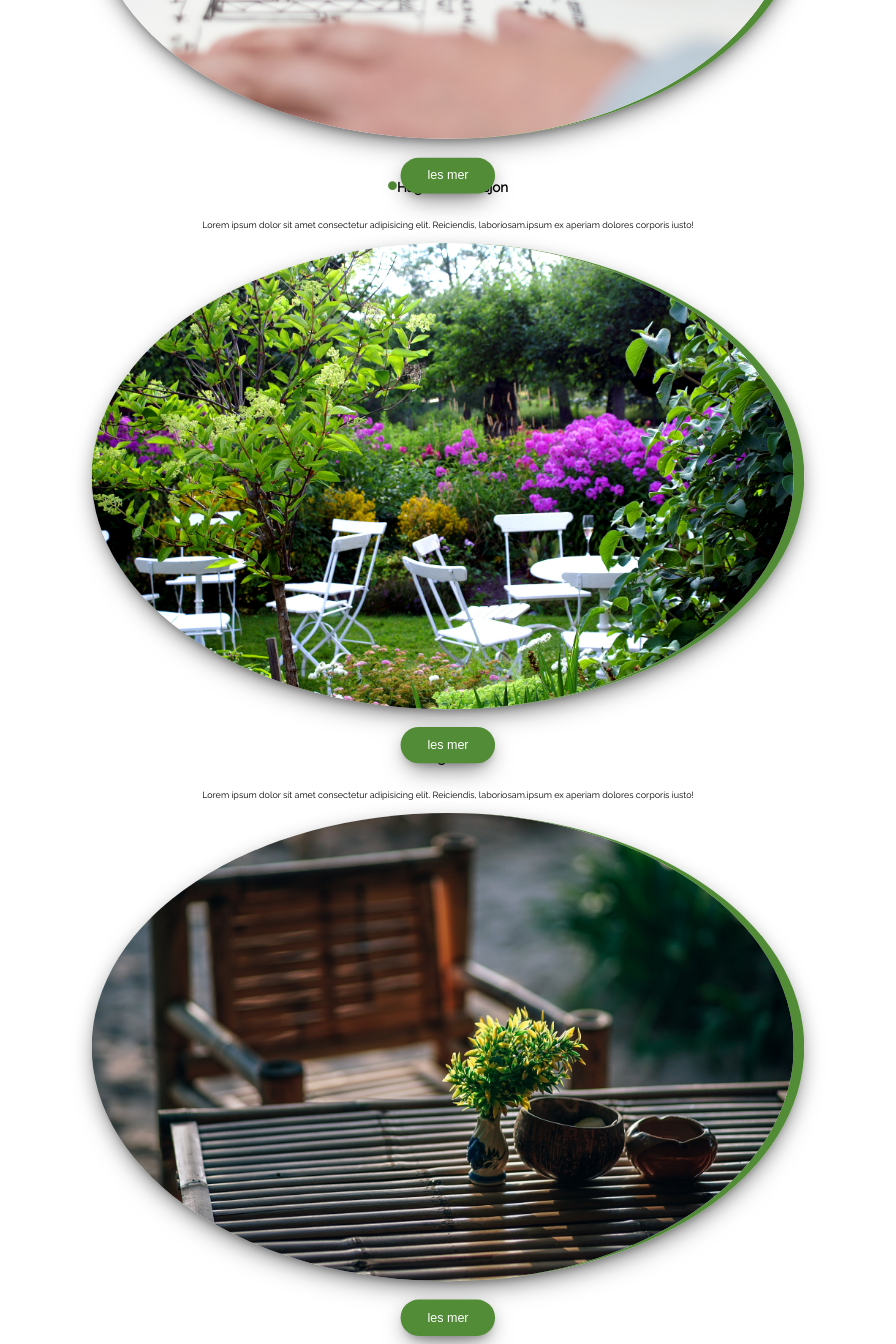
Repository: marinazzz/garden-design-website
Page: Garden design website/index.html
The author's editor kept a copy of each file at every save. The page is drawn from the files as they stood at one save, then again after the next save.
The browser window is 1280 px wide. The pictures show the part of the page from y = 1606 to 3526 px (the page is 3749 px tall before and 3727 px after), at 70% of full size.

Above is the page before, as saved 2020-04-01 10:02:43.

### Garden design website/index.html
<!DOCTYPE html>
<html lang="nb">
<head>
    <title>Hagedesign Oslo</title>
    <link rel="stylesheet" type="text/css" href="CSS/fontawesome-free-5.12.1-web/css/all.min.css">
    <link rel="stylesheet" type="text/css" href="CSS/style.css"/>
    <link rel="stylesheet" type="text/css" href="CSS/min-width-768px.css">
    <link rel="stylesheet" type="text/css" href="CSS/min-width-992px.css">
    <link rel="stylesheet" href="https://cdnjs.cloudflare.com/ajax/libs/animate.css/3.7.2/animate.min.css">
    <link rel="stylesheet" type="text/css" href="PLUGINS/glide-master/dist/css/glide.core.min.css" />
    <link rel="stylesheet" type="text/css" href="PLUGINS/glide-master/dist/css/glide.theme.min.css" />
    <link href="https://fonts.googleapis.com/css?family=Raleway&display=swap" rel="stylesheet">
    <meta name="viewport" content="width=device-width, initial-scale=1" charset="UTF-8">
</head>
<body>
    <header class="header--white-green">
        <div class="wrapper">
        <div class="container__menu--small container__menu"> <!--grid container-->
            <div class="container__logo"> <!--1.column-->
                <img class="logo"src="images/prohage black.png" alt="Prohage logo">
            </div>
            <div class="container__items--small container__items"> <!--2.column-->
                <div class="container__item"> <!--1.row-->
                     <a href="mailto:info@prohage.no"
                         class ="container__item-txt"><i class="far fa-envelope"></i>info@prohage.no</a>
                     <a href="tlf:45511111"
                         class="container__item-txt"><i class="fas fa-phone"></i>45511111</a>
                </div>
               <div class="container__item-bottom"> <!--2.row-->
                   <button class="menu__toggle">
                       <i class="fas fa-bars"></i>
                   </button>
                   <nav id="menu">
                        <ul class="menu__list">
                            <li class="menu__item">
                                <a class="menu__link" href="home">Home</a>
                            </li>
                            <li class="menu__item">
                                <a class="menu__link" href="#services">Våre tjenester</a>
                            </li>
                            <li class="menu__item">
                                <a class="menu__link" href="#gallery">Galleri</a>
                            </li>
                            <li class="menu__item">
                                <a class="menu__link" href="#about">Om oss</a>
                            </li>
                            <li class="menu__item">
                                <a class="menu__link" href="#blog">Blogg</a>
                            </li>
                            <li class="menu__item">
                                <a class="menu__link" href="kontakt">Kontakt</a>
                            </li>
                       </ul>
                   </nav>
               </div>
            </div>
            </div>
        </div>
        <section id="main-photo">
            <div class="glide">
                <div class="glide__track"
                     data-glide-el="track">
                    <ul class="glide__slides">
                        <li class="glide__slide">
                            <img class="main-photo__item"
                                 srcset="images/daylight-environment-garden-2000.jpg 2000w,
                                         images/daylight-environment-garden-1000.jpg 1000w"
                                 sizes="(min-width: 1440px) 2000px, 100vw"
                                 src="images/daylight-environment-garden-2000.jpg" alt="Garden and plants" />
                                 <h1 class="main-photo__title">Profesjonell hagehjelp</h1>
                        </li>
                        <li class="glide__slide">
                            <img class="main-photo__item"
                                 srcset="images/main-header-photo-2000.jpg 2000w,
                                          images/main-header-photo-1000.jpg 1000w"
                                 sizes="(min-width: 1440px) 2000px, 100vw"
                                 src="images/main-header-photo-2000.jpg" alt="Garden and plants" />
                                 <h1 class="main-photo__title">Ta kontakt allerede idag</h1>
                                </li>
                        <li class="glide__slide">
                            <img class="main-photo__item"
                                 srcset="images/header-photo-2000.jpg 2000w,
                                         images/header-photo-1000.jpg 1000w"
                                 sizes="(min-width: 1440px) 2000px, 100vw"
                                 src="images/header-photo-2000.jpg" alt="Garden designed by proffesional" />
                                 <h1 class="main-photo__title">Rådgiving og tipser</h1>
                        </li>
                        <li class="glide__slide">
                            <img class="main-photo__item"
                                 srcset="images/bloom-blooming-blur-2000.jpg 2000w,
                                         images/bloom-blooming-blur-1000.jpg 1000w"
                                 sizes="(min-width: 1440px) 2000px, 100vw"
                                 src="images/bloom-blooming-blur-2000.jpg" alt="Garden designed by proffesional" />
                                 <h1 class="main-photo__title">Følg vår hageblogg</h1>
                        </li>
                    </ul>
                </div>
                <!--<div class="glide__arrows"
                         data-glide-el="controls">
                        <button class="glide__arrow glide__arrow--left"
                                data-glide-dir="<">
                            <i class="fas fa-chevron-circle-left"></i>
                        </button>
                        <button class="glide__arrow glide__arrow--right"
                                data-glide-dir=">">
                            <i class="fas fa-chevron-circle-right"></i>
                        </button>
                    </div>-->
            </div>

            <!--<img class="main-photo__item1"
                 srcset="images/architecture-clouds-daylight-2000.jpg 2000w,
                         images/architecture-clouds-daylight-1000.jpg 1000w"
                 sizes="(min-width: 1440px) 2000px, 100vw"
                 src="images/architecture-clouds-daylight-2000.jpg" alt="Garden">
            <img class="main-photo__item2"
                 srcset="images/header-photo-2000.jpg 2000w,
                         images/header-photo-1000.jpg 1000w"
                 sizes="(min-width: 1440px) 2000px, 100vw"
                 src="images/header-photo-2000.jpg" alt="Garden designed by proffesional" >
            <img class="main-photo__item3"
                 srcset="images/main-header-photo-2000.jpg 2000w,
                         images/main-header-photo-1000.jpg 1000w"
                 sizes="(min-width: 1440px) 2000px, 100vw"
                 src="images/main-header-photo-2000.jpg" alt="Garden and plants" >
            <h1 class="main-photo__title">Profesjonell hagehjelp</h1>-->
        </section>
     </header>
     <main>
         <section id="services" class="section--white-green section__container">
            <h1 class="services__title">Tjenester</h1>
            <div class="services__wrapp">
            <section class="services-item">
                <div class="item-title__wrapp">
                    <i class="fas fa-circle"></i>
                    <h2 class="services__item-title">Hagedesign</h2>
                </div>
                <p class="services-txt">Lorem ipsum dolor sit amet consectetur adipisicing elit. Reiciendis, laboriosam.ipsum ex aperiam dolores corporis iusto!</p>
                <div class="position-button">
                     <img class="services-photo" src="images/person-holding-black-pen-1109541.jpg" alt="Hagedesigner tegner">
                     <button class="services-toggle">les mer</button>
                </div>
            </section>
            <section class="services-item services-item--padding">
                <div class="item-title__wrapp">
                    <i class="fas fa-circle"></i>
                    <h2 class="services-item-title">Hagekonsultasjon</h2>
                </div>
                <p class="services-txt">Lorem ipsum dolor sit amet consectetur adipisicing elit. Reiciendis, laboriosam.ipsum ex aperiam dolores corporis iusto!</p>
                <div class="position-button">
                    <img class="services-photo" src="images/colorful-garden-1226667-1919x1272.jpg" alt="Hagekonsultasjon med hagedesigner"> <!--smaller picture than other 2-->
                    <button class="services-toggle">les mer</button>
                </div>
            </section>
            <section class="services-item services-item--padding">
                <div class="item-title__wrapp">
                    <i class="fas fa-circle"></i>
                    <h2 class="services-item-title">Hageskise</h2>
                </div>
                <p class="services-txt">Lorem ipsum dolor sit amet consectetur adipisicing elit. Reiciendis, laboriosam.ipsum ex aperiam dolores corporis iusto!</p>
                <div class="position-button">
                    <img class="services-photo" src="images/selective-focus-photography-of-green-leafed-plant-on-table-1424464.jpg" alt="Hagedesigner hjelp">
                    <button class="services-toggle">les mer</button>
                </div>
            </section>
            </div>
         </section>
         <section id="gallery">

        </section>
         <article id="blog-posts">

         </article>
         <section id="about oss">

        </section>
     </main>
     <footer>
	     <p>designed by Marina Zujic
		     <a href="https://github.com/marinazzz">github.com/marinazzz</a>
	     </p>
     </footer>
     <script src="PLUGINS/glide-master/dist/glide.min.js"></script>
     <script>
        new Glide('.glide', {
            type: 'carousel',
            autoplay: true,
            hoverpause: false,
            perView: 1,
            animationDuration: 10000
        }).mount()
      </script>
     <script src="JS/js-app.js"></script>
</body>
</html>

### Garden design website/CSS/style.css
html {
  font-size: 62.5%;
}

body {
  margin: 0;
  padding: 0;
  text-align: center;
  box-sizing: border-box;
  font-family: 'Raleway', sans-serif;
}

       /*__ HEADER__ */

/*color styles*/
.header--white-green {
  --header-bg-color: #528C36;
  --header-link-color: black;
  --header-menu-link: #fff;
  --header-toggle-color: #528C36;
}

/*main style*/
.container__menu--small {
  display: flex;
  justify-content: space-around;
  box-shadow: 0 0 2rem 0 rgba(0, 0, 0, 0.24), 0 0 30rem 0 rgba(0, 0, 0, 0.2);
}

.logo {
  max-height: 8rem;
  background: white;
}

.container__items--small {
  display: grid;
  grid-template-rows: 1fr 1fr;
  align-content: flex-end;
  width: 250px;
}

.container__item {
  align-self: center;
}

.container__item,
.container__item-bottom {
  text-align: end;
}

.container__item-txt {
  color: var(--header-link-color);
  text-decoration: none;
  font-size: 1.2rem;
}

.container__item > a:first-of-type {
  padding-right: 1.6rem;
}

.container__item-bottom > nav {
  text-align: center;
}

.menu__toggle {
  color: var(--header-bg-color);
  box-sizing: border-box;
  border: none;
  background-color: transparent;
  outline: none;
  font-size: 3rem;
  line-height: 0;
  padding: 0.5rem;
  color: var(--header-toggle-color);
  position: relative;
  z-index: 100;
}

.fa-phone,
.fa-envelope {
  margin-right: 1rem;
}


/* MENU */

#menu {
  display: none;
  position: absolute;
  top: auto;
  left: 0;
  width: 100%;
  padding-top: 1rem;
  background-color: var(--header-bg-color);
  z-index: 20;
}

.menu__list {
  padding: 0;
  margin: 0;
  display: flex;
  flex-direction: column;
}

.menu__item {
  display: block;
  margin-bottom: 1rem;
}

.menu__link {
  color: var(--header-menu-link);
  text-decoration: none;
  font-size: 1.4rem;
}

#menu.menu-opened {
  display: block;
}


/*FOR SMALL DEVICES*/

@media screen and (max-width: 420px) {

  .logo {
    max-height: 7rem;
  }

  .container__items--small {
    width: auto;
    align-self: center;
  }

  .container__item > a:first-of-type {
    padding-right: 1.3rem;
  }

  .container__item {
    text-align: center;
  }

  .fa-phone, .fa-envelope {
    margin-right: 0.3rem;
  }
}

/* MAIN PICTURE */

#main-photo {
  width: 100%;
  padding-top: 1rem;
}

.main-photo__title {
  position: absolute;
  color: white;
  background-color:#524a4a3b;
  border: 0.1rem solid white;
  filter: drop-shadow(2px 4px 6px black);
  padding: 2rem;
  margin: 0 auto;
  font-size: 1.5rem;
  letter-spacing: 0.2rem;
  top: 50%;
  left: 50%;
  transform: translate(-50%, -50%);
}



/* GLIDE SLIDER CSS OVERRIDES */

.glide__slides {
  margin: 0;
}

.glide__slide {
  position: relative;
}

/*#main-photo .glide__arrow  {
  font-size: 4rem;
  padding: 0;
  border-color: transparent;
  box-shadow: none;
  border-radius: 50%;
  line-height: 0;
  transition: all 200ms ease-in-out;
}

#main-photo .glide__arrow:hover {
  border-color: #252525;
  color: #252525;
}*/



/*#main-photo {
  position: relative;
}

.main-photo__item {
   width: 100%;
}

.main-photo__title {
  position: absolute;
  bottom: 1rem;
  left: 20rem;
  font-size: 2rem;
}*/



/*1. COLOR OPTION*/
/* CSS variables*/
/* :root {
  --header-bg-color: #4daa57;
  --header-top-bg-color: #252525;
  --header-toggle-color: #fff;
}*/

/*.top-header__item {
  color: var(--header-link-color);
  text-decoration: none;
  font-size: 1.4rem;
}*/


/*------MAIN----------*/

/* SECTIONS */

/*Common styles for sections*/

/*color styles*/
.section--white-green {
  --section-bg: #FAFAFA;
  --section-title-bg: #528C36;
  --section-border-color: #528C36;
  --section-h2-color: #1C1A21;
  --buttons-services-color: #528C36;
}

/*layout*/
.services__wrapp {
  padding: 1rem 1rem 0 1rem;
  display: flex;
  flex-direction: column;
}

/*#services, #gallery, #reviews, #about {
  padding: 0.5rem;
  background: var(--section-bg);
}*/

/*.services-title, .gallery-title, .about-title {
  font-size: 2.5rem;
  margin: 0 9rem;
  padding-top: 1.6rem;
  letter-spacing: 0.32rem;
  border-bottom: var(--section-border-color) solid 0.25rem;
}*/


/* SECTION SERVICES */

.services__title {
  font-size: 2.5rem;
  position: absolute;
  left: 50%;
  transform: translate(-50%, -50%);
  border-radius: 0.7rem;
  color: #fafafa;
  background: var(--section-title-bg);
  letter-spacing: 0.32rem;
  padding: 1rem;
  margin: 0 auto;
  text-transform: uppercase;
}

.services__title,
.services-photo,
.services-toggle {
  box-shadow: 0 16px 38px -12px rgba(0, 0, 0, 0.56), 0 4px 25px 0px rgba(0, 0, 0, 0.12), 0 8px 10px -5px rgba(0, 0, 0, 0.2);
}
.services-txt {
  margin: 0;
  padding: 1.5rem;
}

.services-item {
  padding-top: 3rem;
}

.item-title__wrapp {
  display: flex;
  justify-content: center;
  align-items: center;
}

.fas,
.fa-circle {
  color: var(--buttons-services-color);
}

.services__item-title {
  margin: 0.5rem 0 0.5rem 0;
  font-size: 2rem;
  padding: 0 1rem;
}

.services-photo {
  overflow: hidden;
  border-radius: 50%;
  border-right: solid 1.2rem var(--section-border-color);
  width: 80%;
}

.services__item-title {
  color: var(--section-h2-color);
  letter-spacing: 0.2rem;
}

.services-toggle {
  background: var(--buttons-services-color);
  border-radius: 3rem;
  box-sizing: border-box;
  border: none;
  font-size: 1.4rem;
  padding: 1.2rem 3rem;
  color: #fff;
}

.position-button {
  position: relative;
}

.position-button > button {
  position: absolute;
  bottom: -15%;
  left: 50%;
  transform: translate(-50%, -50%);
}

.services-item--padding {
  padding-top: 6rem;
}


/*FOOTER*/

footer {
  background: #333333;
  padding: 0.5rem;
  margin-top: 20rem; /*temporary*/
  color: white;
}

footer a {
  color: white;
  text-decoration: none;
}

### Garden design website/CSS/min-width-768px.css
@media screen and (min-width: 768px) {

  html {
    font-size: 70%;
  }

   /* HEADER */


   .container__menu,
   .container__items {
    display: grid;
   }

   .container__menu {
    grid-template-columns: 2fr 80%;
    box-shadow: 0 0 2rem 0 rgba(0, 0, 0, 0.62), 0 0 30rem 0 rgba(0, 0, 0, 0.19);
  }

  .container__items {
    grid-template-rows: 1fr 1fr;
    background: var(--header-bg-color);
    width: auto;
  }

  .container__item,
  .container__item-bottom {
    display: flex;
  }

  .container__item {
    align-self: center;
    justify-content: space-around;
    /*padding-left: 23rem;*/
  }

  .container__item > a:first-of-type {
    padding-left: 10rem;
  }

  .container__item-bottom {
    align-items: center;
  }

  .menu__toggle {
    display: none;
  }

  /* NAVIGATION */

  #menu,
  .menu-opened .menu__item .menu__link {
    display: block;
  }

  #menu {
    position: static;
    padding: 0;
    top: 0;
  }

  #menu,
  .menu_list {
    height: 100%;
  }

  .menu__list {
    height: 100%;
    flex-direction: row;
    justify-content: center;
    align-items: center;
    padding-left: 5rem;
  }

  .menu__item {
    height: 100%;
    display: block;
    flex-grow: 1;
    margin: 0;
    line-height: 4.5rem;
  }

  .menu__item:hover {
    background-color:#272727;
  }

  .menu__link:active {
    color:black;
  }

  .menu__link,
  .container__item-txt {
    font-weight: bold;
  }

  /* color styles */

  :root {
    /*header*/
    --header-bg-color:#528C36;
    --link-color: #FCFDF9;
  }

  /* MAIN PHOTO */

  .main-photo__title {
    font-size: 2rem;
    letter-spacing: 0.3rem;
}


/* SECTIONS */

/*Common styles for sections*/
/*layout*/
.section__wrapp {
  flex-direction: row;
}

.services-item--padding {
  padding-top: 0;
}

.services-item {
  padding-top: 3rem;
}

}

### Garden design website/CSS/min-width-992px.css
@media screen and (min-width: 992px) {
    html {
        font-size: 80%;
    }

   /* HEADER */

    .logo {
        max-height: 9rem;
    }

    .container__items {
        width: auto;
    }

    .container__item {
        padding-left: 22rem;;
    }

    .container__item-bottom,
    .container__items {
        padding: 0;
    }

    #menu {
        padding-left: 10rem;
    }
}

@media screen and (min-width: 1440px) {

    /* HEADER */
    .container__menu {
        max-width: 1500px;
        margin: 0 auto;
    }

    .container__item {
        padding-left: 47rem;;
    }

    #menu {
        padding-left: 30rem;
    }


    /* MAIN PHOTO */

    .main-photo__title {
        font-size: 3rem;
        letter-spacing: 0.5rem;
    }
}

@media screen and (min-width: 2560px) {

    .logo {
        max-height: 12rem;
    }

    .container__item {
        justify-self: center;
    }

    .container__item > a:first-of-type {
        padding: 0 13rem;
    }

    .container__item-bottom {
        padding: 0 40rem;
    }

    /*content on middle*/

    .container__menu {
        max-width: 2000px;
    }

    .container__item-bottom,
    .container__items {
        padding: 0;
    }

    #menu,
    .container__item {
        padding-left: 50rem;
    }

    .section__container {
        max-width: 2000px;
        margin: 0 auto;
    }
}

### Garden design website/JS/js-app.js
let mainNav = document.getElementById("menu");

let navBarToggle = document.querySelector(".menu__toggle");

navBarToggle.addEventListener("click", function () {

    mainNav.classList.toggle("menu-opened");
});

Loaded but not shown: Garden design website/CSS/fontawesome-free-5.12.1-web/css/all.min.css (library); Garden design website/PLUGINS/glide-master/dist/css/glide.core.min.css (common file); Garden design website/PLUGINS/glide-master/dist/css/glide.theme.min.css (common file); Garden design website/PLUGINS/glide-master/dist/glide.min.js (library)

After the next save:
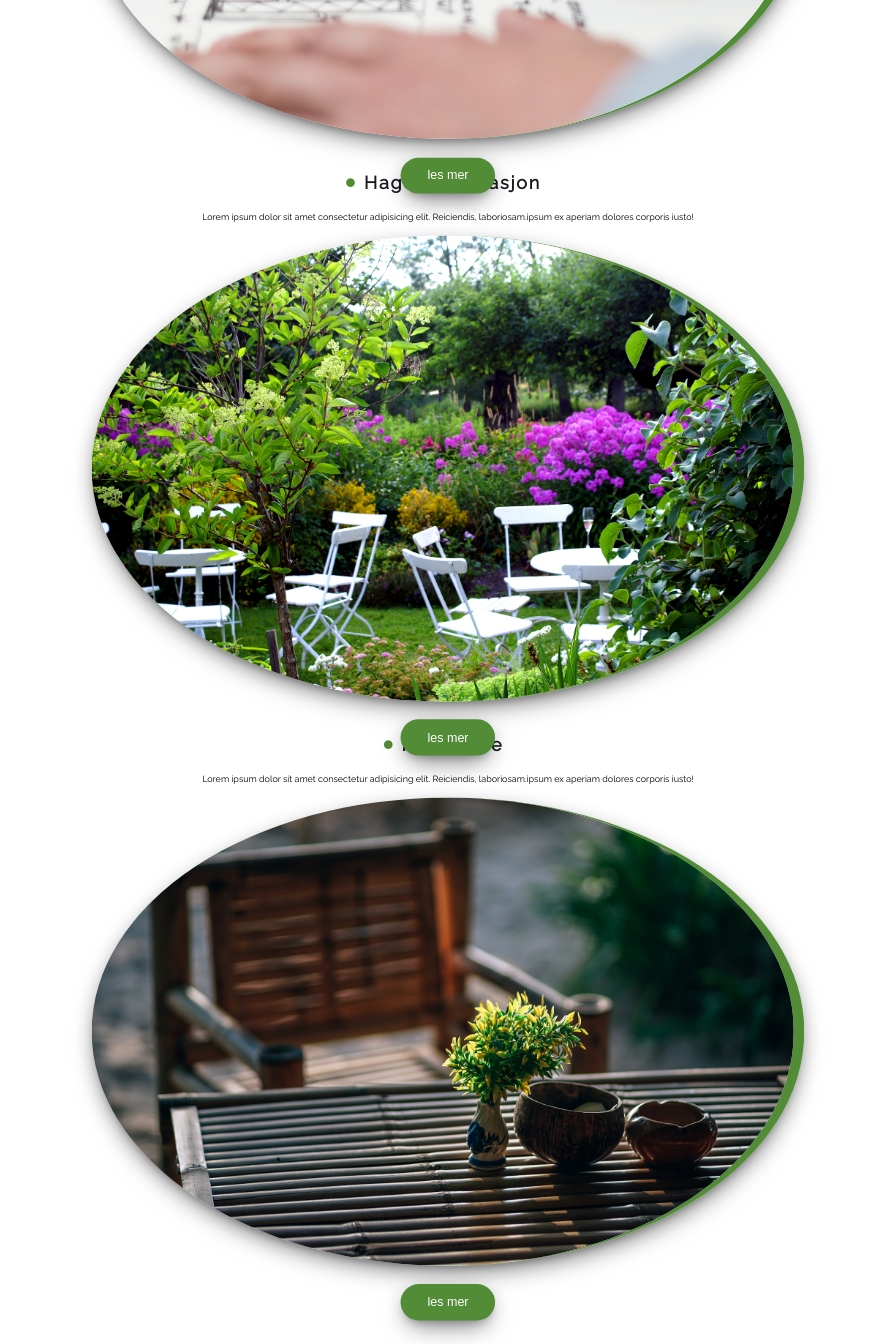
Saved 118 s later.
--- a/Garden design website/index.html
+++ b/Garden design website/index.html
@@ -144,7 +144,7 @@
             <section class="services-item services-item--padding">
                 <div class="item-title__wrapp">
                     <i class="fas fa-circle"></i>
-                    <h2 class="services-item-title">Hagekonsultasjon</h2>
+                    <h2 class="services__item-title">Hagekonsultasjon</h2>
                 </div>
                 <p class="services-txt">Lorem ipsum dolor sit amet consectetur adipisicing elit. Reiciendis, laboriosam.ipsum ex aperiam dolores corporis iusto!</p>
                 <div class="position-button">
@@ -155,7 +155,7 @@
             <section class="services-item services-item--padding">
                 <div class="item-title__wrapp">
                     <i class="fas fa-circle"></i>
-                    <h2 class="services-item-title">Hageskise</h2>
+                    <h2 class="services__item-title">Hageskise</h2>
                 </div>
                 <p class="services-txt">Lorem ipsum dolor sit amet consectetur adipisicing elit. Reiciendis, laboriosam.ipsum ex aperiam dolores corporis iusto!</p>
                 <div class="position-button">
